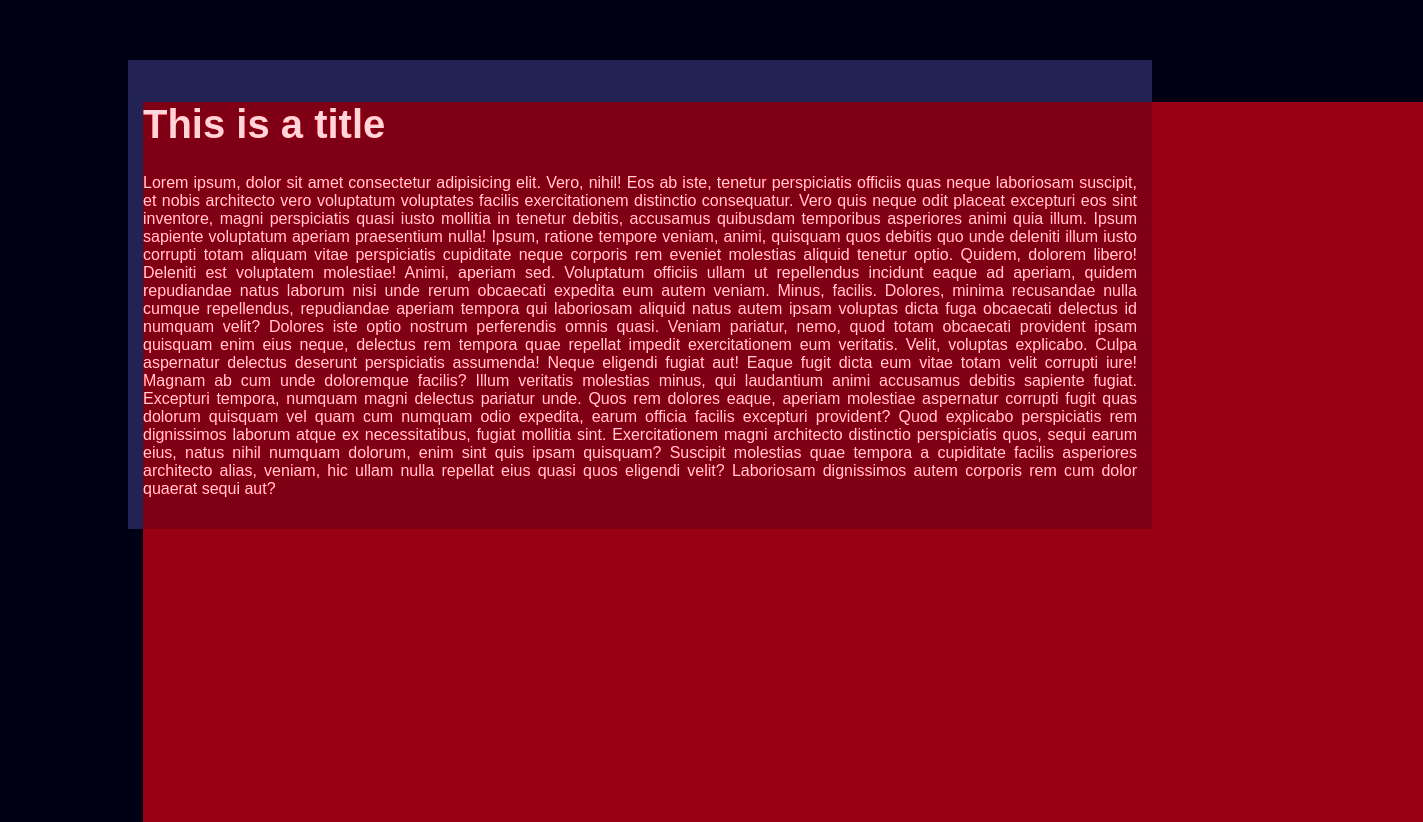
Repository: Francois-QUICODE/CSS-Micro-Projects
Page: Projects/01-Infinite-Gradient-Text.html
The author's editor kept a copy of each file at every save. The page is drawn from the files as they stood at one save, then again after the next save.
The browser window is 1280 px wide. The page is 1423 px wide, then 1280 px, so the pictures cover 1423 px, including what lies to the right of the window. The pictures show the whole page.
Some web fonts or font styles are not loaded; a fallback is used.

Above is the page before, as saved 2020-11-28 10:22:58.

### Projects/01-Infinite-Gradient-Text.html
<!DOCTYPE html>
<html lang="en">
  <head>
    <meta charset="UTF-8" />
    <title>Infinite Gradiant text</title>
  </head>
  <body>
    <div class="container">
      <div class="text">
        <div class="text-background"></div>
        <h1>This is a title</h1>
        <p class="lorem">
          Lorem ipsum, dolor sit amet consectetur adipisicing elit. Vero, nihil!
          Eos ab iste, tenetur perspiciatis officiis quas neque laboriosam
          suscipit, et nobis architecto vero voluptatum voluptates facilis
          exercitationem distinctio consequatur. Vero quis neque odit placeat
          excepturi eos sint inventore, magni perspiciatis quasi iusto mollitia
          in tenetur debitis, accusamus quibusdam temporibus asperiores animi
          quia illum. Ipsum sapiente voluptatum aperiam praesentium nulla!
          Ipsum, ratione tempore veniam, animi, quisquam quos debitis quo unde
          deleniti illum iusto corrupti totam aliquam vitae perspiciatis
          cupiditate neque corporis rem eveniet molestias aliquid tenetur optio.
          Quidem, dolorem libero! Deleniti est voluptatem molestiae! Animi,
          aperiam sed. Voluptatum officiis ullam ut repellendus incidunt eaque
          ad aperiam, quidem repudiandae natus laborum nisi unde rerum obcaecati
          expedita eum autem veniam. Minus, facilis. Dolores, minima recusandae
          nulla cumque repellendus, repudiandae aperiam tempora qui laboriosam
          aliquid natus autem ipsam voluptas dicta fuga obcaecati delectus id
          numquam velit? Dolores iste optio nostrum perferendis omnis quasi.
          Veniam pariatur, nemo, quod totam obcaecati provident ipsam quisquam
          enim eius neque, delectus rem tempora quae repellat impedit
          exercitationem eum veritatis. Velit, voluptas explicabo. Culpa
          aspernatur delectus deserunt perspiciatis assumenda! Neque eligendi
          fugiat aut! Eaque fugit dicta eum vitae totam velit corrupti iure!
          Magnam ab cum unde doloremque facilis? Illum veritatis molestias
          minus, qui laudantium animi accusamus debitis sapiente fugiat.
          Excepturi tempora, numquam magni delectus pariatur unde. Quos rem
          dolores eaque, aperiam molestiae aspernatur corrupti fugit quas
          dolorum quisquam vel quam cum numquam odio expedita, earum officia
          facilis excepturi provident? Quod explicabo perspiciatis rem
          dignissimos laborum atque ex necessitatibus, fugiat mollitia sint.
          Exercitationem magni architecto distinctio perspiciatis quos, sequi
          earum eius, natus nihil numquam dolorum, enim sint quis ipsam
          quisquam? Suscipit molestias quae tempora a cupiditate facilis
          asperiores architecto alias, veniam, hic ullam nulla repellat eius
          quasi quos eligendi velit? Laboriosam dignissimos autem corporis rem
          cum dolor quaerat sequi aut?
        </p>
      </div>
    </div>
  </body>

  <style>
    @import url("https://fonts.googleapis.com/css2?family=Alatsi&display=swap");

    body {
      background-color: #000014;
      width: 1024px;
      margin: auto;
      color: #e5e1e1;
      padding-top: 60px;
      font-family: "Alatsi", sans-serif;
    }

    .container {
      background-color: #222247;
      padding: 15px;
      mix-blend-mode: screen;
    }

    h1 {
      font-size: 40px;
    }

    .lorem {
      text-align: justify;
    }

    .text-background {
      position: absolute;
      background-color: #900;
      width: 100%;
      height: 100%;
      mix-blend-mode: color;
    }
  </style>
</html>

After the next save:
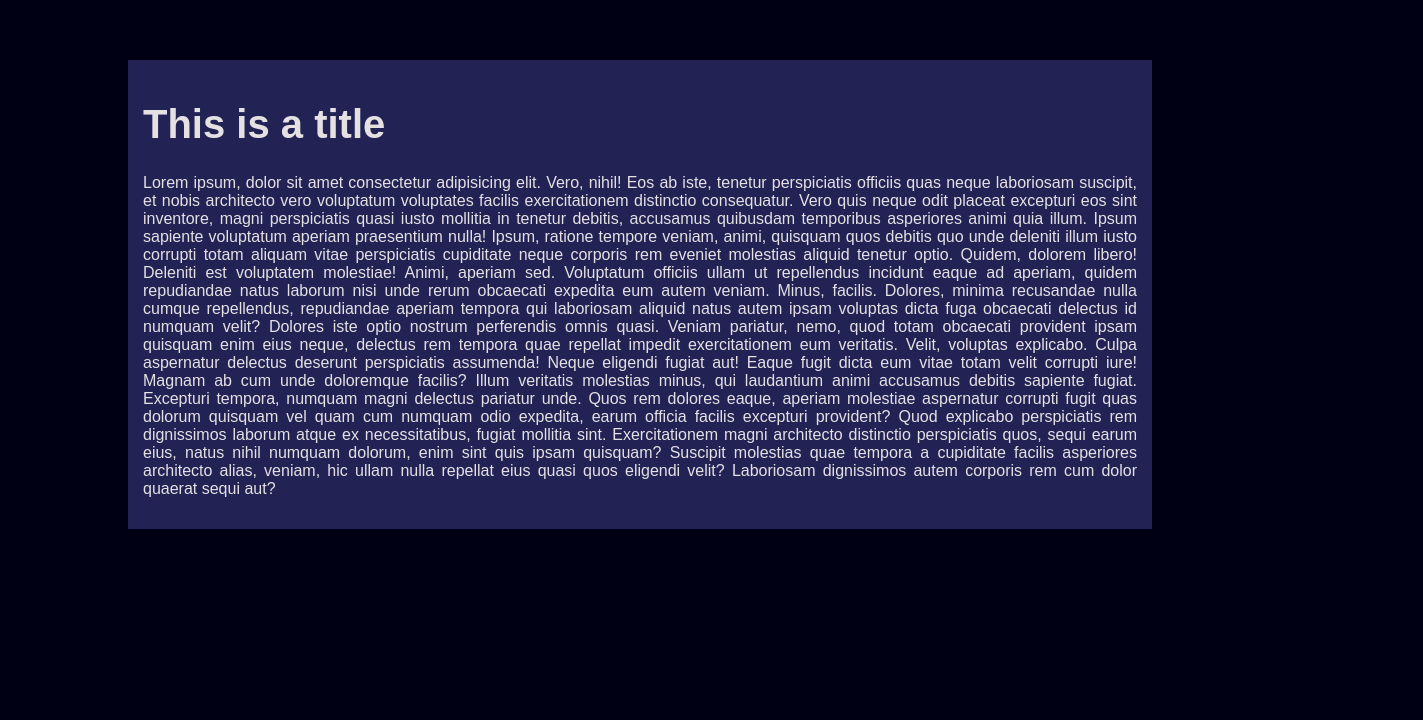
Saved 8 min 46 s later.
--- a/Projects/01-Infinite-Gradient-Text.html
+++ b/Projects/01-Infinite-Gradient-Text.html
@@ -79,8 +79,8 @@
     .text-background {
       position: absolute;
       background-color: #900;
-      width: 100%;
-      height: 100%;
+      width: inherit;
+      height: inherit;
       mix-blend-mode: color;
     }
   </style>
